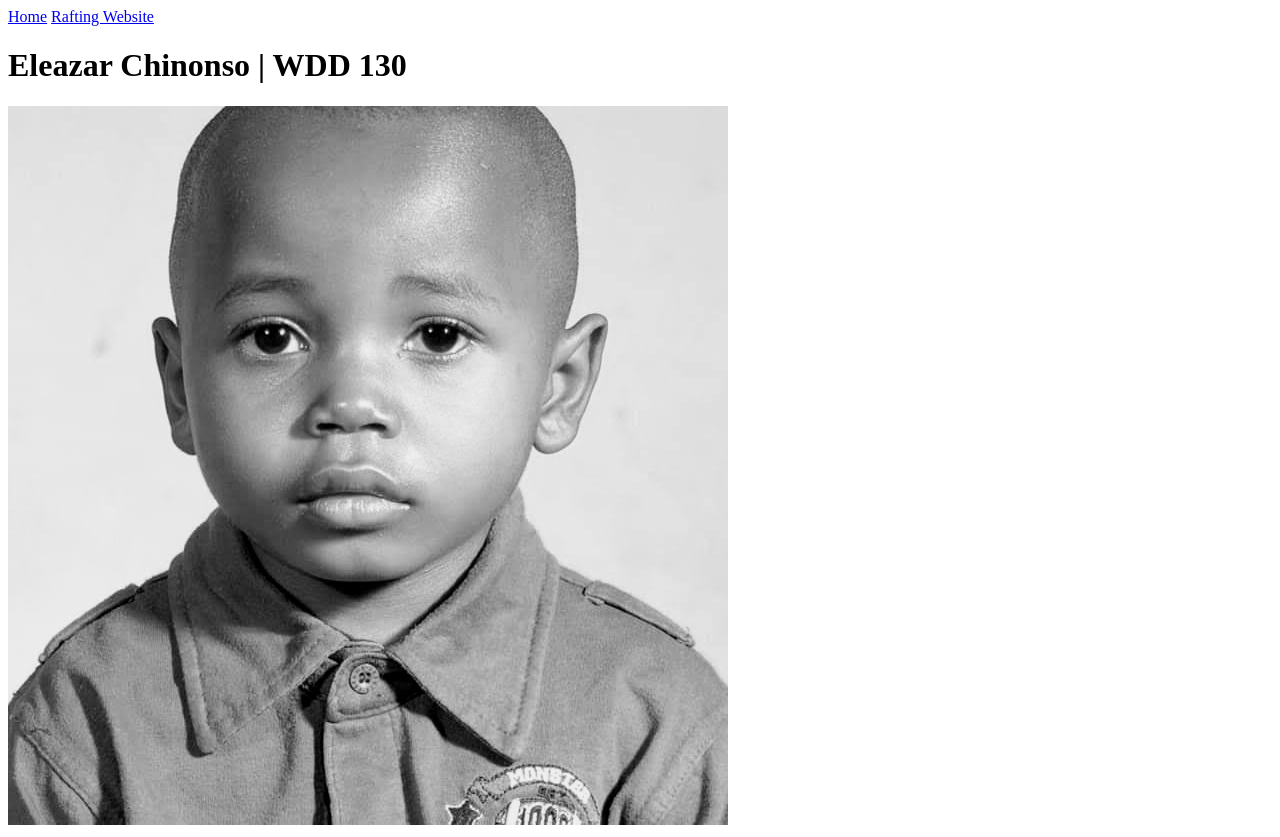
Repository: Ghost-Stories101/wdd130
Page: index.html
An editor plug-in stored every save of this project. The page is shown before and after the next save, followed by the edit.
The browser window is 1280 px wide. The pictures show the whole page.

Above is the page before, as saved 2026-02-25 14:22:44.

### index.html
<!DOCTYPE html>
<html lang="en">

<head>
    <meta charset="UTF-8">
    <meta name="viewport" content="width=device-width, initial-scale=1.0">
    <title>Eleazar Chinonso | WDD 130</title>
</head>

<body>
    <header>
        <nav>
            <a href="#">Home</a>
            <a href="wwr/">Rafting Website</a>
        </nav>
    </header>
    <main>
        <h1>Eleazar Chinonso | WDD 130</h1>
        <img src="images/profile.jpg" alt="Eleazar Chinonso Picture">

    </main>
    <footer></footer>
</body>

</html>

After the next save:
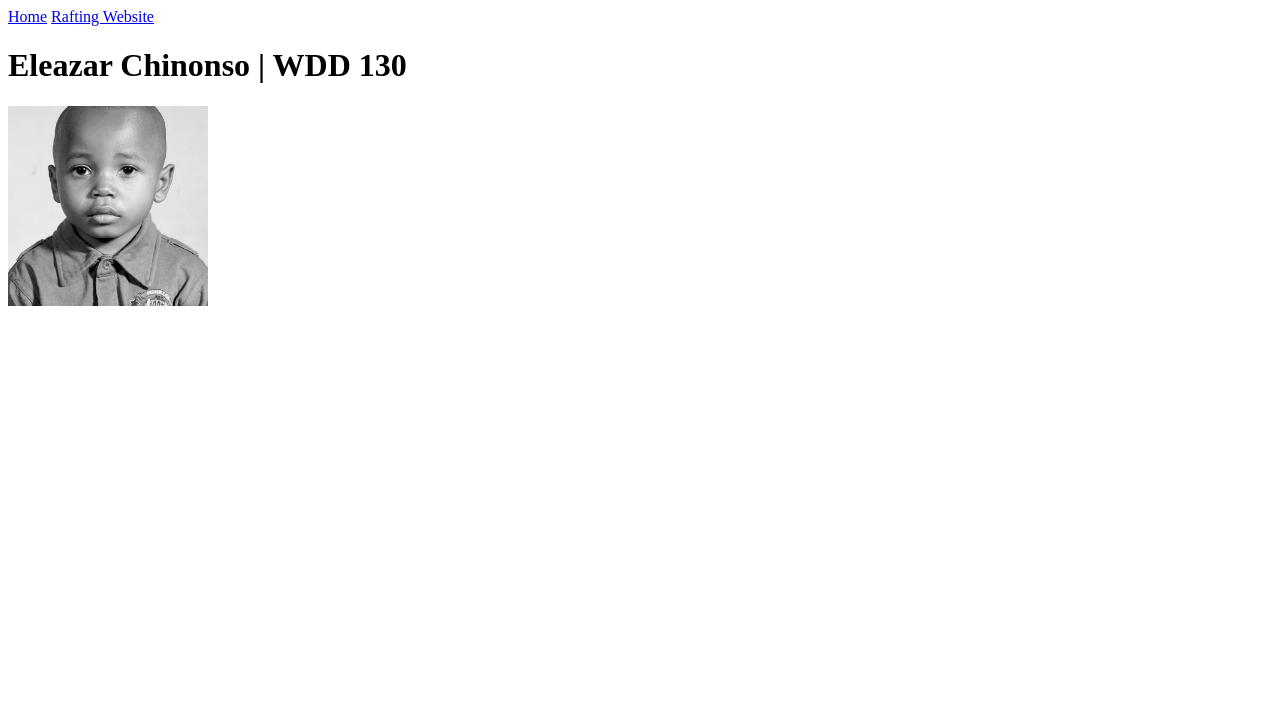
Saved 2 min 46 s later.
--- a/index.html
+++ b/index.html
@@ -16,7 +16,7 @@
     </header>
     <main>
         <h1>Eleazar Chinonso | WDD 130</h1>
-        <img src="images/profile.jpg" alt="Eleazar Chinonso Picture">
+        <img src="images/profile.jpg" alt="Eleazar Chinonso Picture" width="200">
 
     </main>
     <footer></footer>
